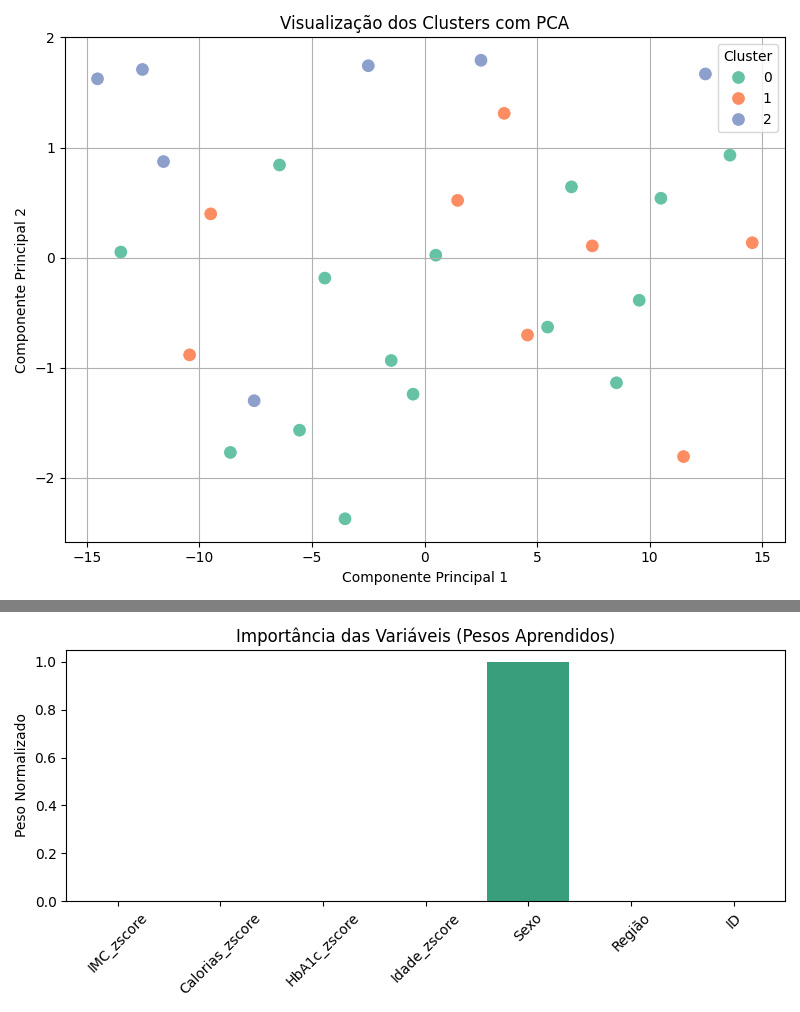
Repository: irisgorne/dashboard-clinap
Script's output: python app.py
These files come from the project's save history. The script's output is drawn as it stood at one moment and after a run of saves; the edit follows.
Each picture stacks the figures in order, with grey between them; figures that are only written to a file come last. Random numbers start from a fixed seed.

Above is the script's output before, as saved 2025-07-08 17:56:19.

After the next 2 saves:
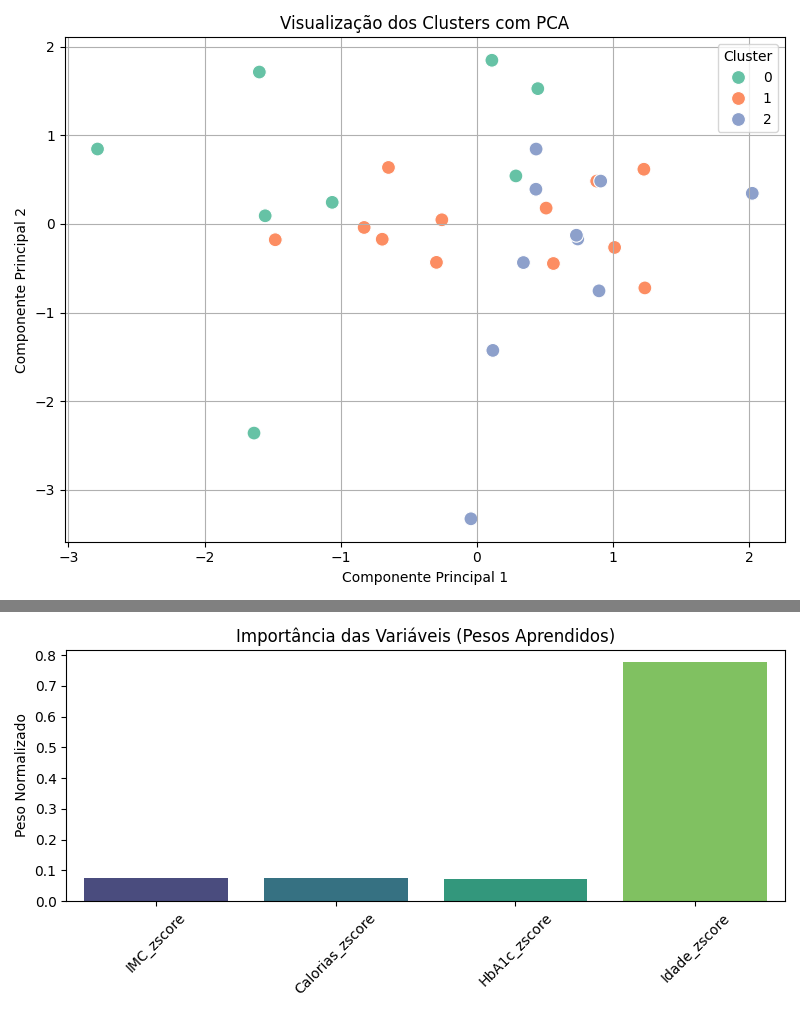
The 2 saves are shown as one change because 1 did not build or start.
The last was saved 19 min 20 s later.
--- a/app.py
+++ b/app.py
@@ -20,30 +20,31 @@ df = pd.DataFrame({
     "Região": np.random.choice(["Norte", "Sul", "Leste", "Oeste"], 30)
 })
 
-# Salvar no diretório data
+# Salva o CSV
 df.to_csv("data/base_simulada.csv", index=False)
 print("✅ Base simulada salva em data/base_simulada.csv")
 
-# ----------------------------------------
-# Pré-processamento completo
+# Importa o pré-processamento
 from src.preprocessamento import carregar_e_preprocessar
 
-df_zscore = carregar_e_preprocessar("data/base_simulada.csv")
-X = df_zscore.values
-variaveis = df_zscore.columns.tolist()
+df_processado, variaveis = carregar_e_preprocessar("data/base_simulada.csv")
+X = df_processado[variaveis].values
 
-# Aplicar o algoritmo CLiNAP
+# Aplica CLiNAP
 from src.clinap import aplicar_clinap
-labels, pesos = aplicar_clinap(X)
 
-# Exibir resultados
-print("\n🔹 Clusters atribuídos:", labels)
-print("\n📊 Pesos aprendidos por variável:", dict(zip(variaveis, pesos)))
+labels, pesos = aplicar_clinap(X, k=3)
 
-# Visualizar os resultados
+# Exibe resultados
+print("\n🔎 Clusters atribuídos:", labels)
+print("\n📊 Pesos aprendidos para cada variável:")
+for nome, peso in zip(variaveis, pesos):
+    print(f"{nome}: {peso:.4f}")
+
+# Visualizações
 from src.visualizacoes import plotar_clusters_pca, plotar_pesos
 
 plotar_clusters_pca(X, labels, variaveis)
 plotar_pesos(variaveis, pesos)
 
-print("📁 Gráficos salvos na pasta /outputs.")
+print("\n📁 Gráficos salvos na pasta /outputs.")
--- a/src/preprocessamento.py
+++ b/src/preprocessamento.py
@@ -7,20 +7,26 @@ def carregar_e_preprocessar(caminho_csv):
     # Carrega os dados
     df = pd.read_csv(caminho_csv)
 
-    # Codifica variáveis categóricas
-    df["Sexo_cod"] = LabelEncoder().fit_transform(df["Sexo"])
-    df["Região_cod"] = LabelEncoder().fit_transform(df["Região"])
+    # Codifica variáveis categóricas, se existirem
+    if "Sexo" in df.columns and "Região" in df.columns:
+        df["Sexo_cod"] = LabelEncoder().fit_transform(df["Sexo"])
+        df["Região_cod"] = LabelEncoder().fit_transform(df["Região"])
+    else:
+        df["Sexo_cod"] = 0
+        df["Região_cod"] = 0
+
+    # Define variáveis numéricas originais
+    colunas_numericas = ["IMC", "Calorias", "HbA1c", "Idade"]
 
     # Padroniza variáveis numéricas
-    colunas_numericas = ["IMC", "Calorias", "HbA1c", "Idade"]
     scaler = StandardScaler()
     dados_padronizados = scaler.fit_transform(df[colunas_numericas])
-    df_padronizado = pd.DataFrame(dados_padronizados, columns=[f"{c}_zscore" for c in colunas_numericas])
+    nomes_zscore = [f"{col}_zscore" for col in colunas_numericas]
+    df_zscore = pd.DataFrame(dados_padronizados, columns=nomes_zscore)
 
-    # Junta tudo em um DataFrame final
-    df_final = df_padronizado.copy()
-    df_final["Sexo"] = df["Sexo_cod"]
-    df_final["Região"] = df["Região_cod"]
-    df_final["ID"] = df["ID"]
+    # Concatena outras variáveis ao dataframe
+    df_zscore["Sexo"] = df["Sexo_cod"]
+    df_zscore["Região"] = df["Região_cod"]
+    df_zscore["ID"] = df["ID"]
 
-    return df_final
+    return df_zscore, nomes_zscore
